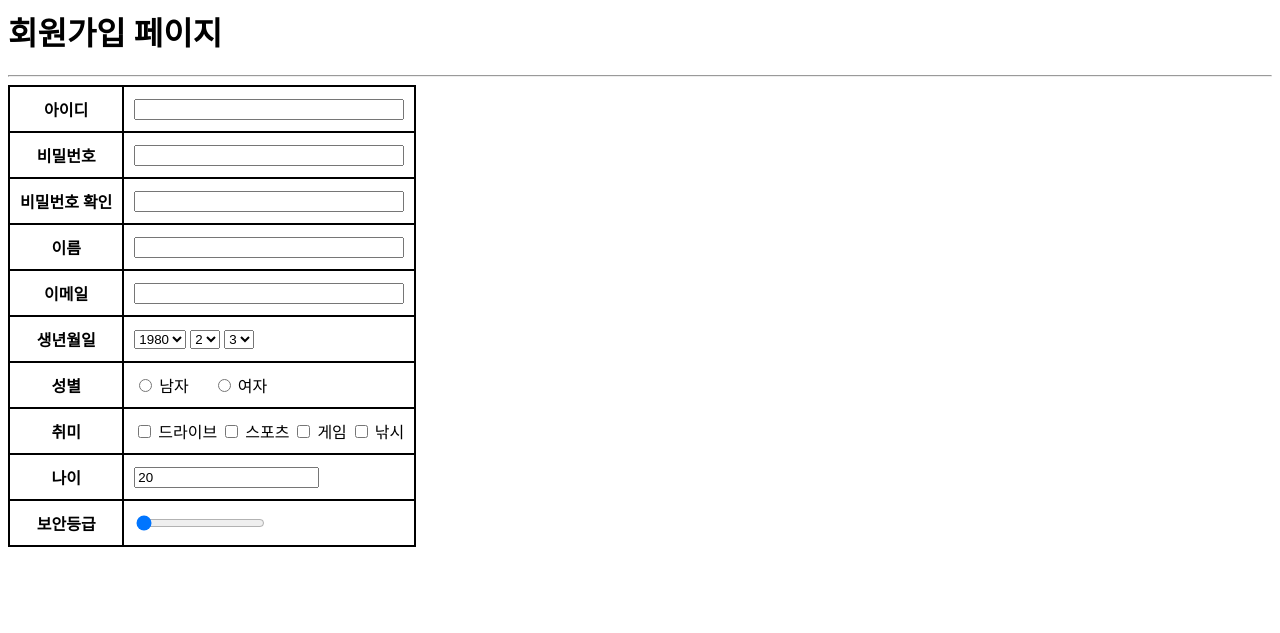
Repository: ZicoPark/Lost-Dev
Page: JSP/04_member/WebContent/index.html
These files come from the project's save history. The page is drawn as it stood at one moment and after the next save; the edit follows.
The browser window is 1280 px wide. The pictures show the whole page.

Above is the page before, as saved 2023-02-20 06:03:03.

After the next save:
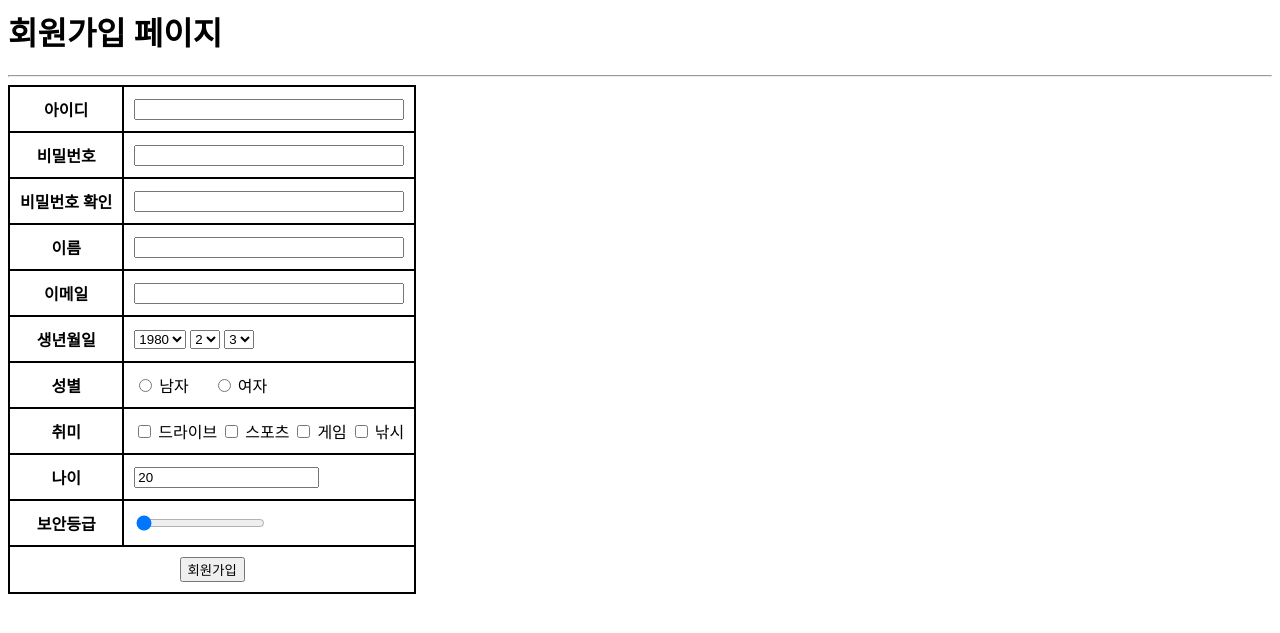
Saved 3 min 38 s later.
--- a/JSP/04_member/WebContent/index.html
+++ b/JSP/04_member/WebContent/index.html
@@ -103,6 +103,10 @@
                     <td><input type="range" name="security" min="0" max="20" step="2" value="0"></td>
 
                 </tr>
+                <tr>
+                	<th colspan="2">
+                		<input type="submit" value="회원가입"/>
+                	</th>
 
             </tbody>
         </table>
